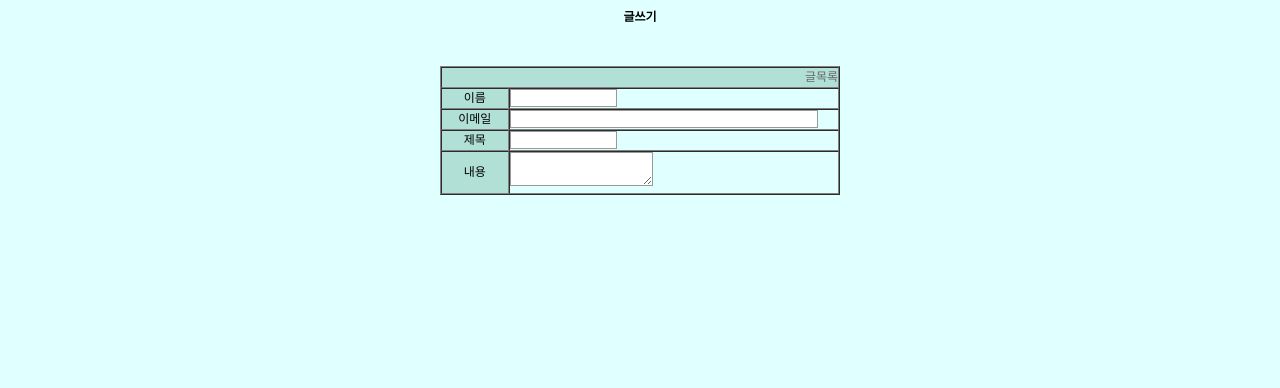
Repository: noopzzya/study_jsp_globalin
Page: http://localhost/ServletProject/boardone/writeform.jsp
These files come from the project's save history. The page is drawn as it stood at one moment and after the next save; the edit follows.
The browser window is 1280 px wide. The pictures show the whole page.
The page is served by Tomcat 9.

Above is the page before, as saved 2023-02-08 01:17:29.

After the next save:
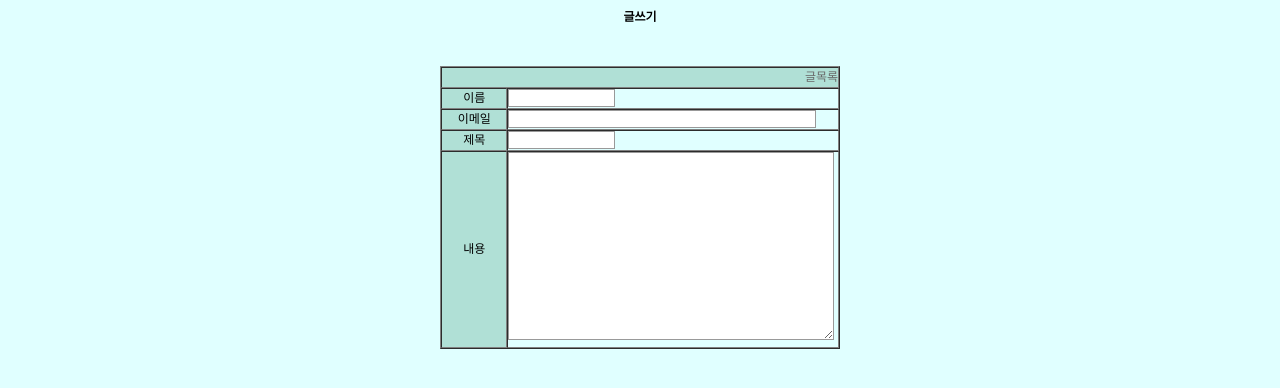
Saved 15 s later.
--- a/ServletProject/src/main/webapp/boardone/writeform.jsp
+++ b/ServletProject/src/main/webapp/boardone/writeform.jsp
@@ -46,7 +46,7 @@
 	<tr>
 		<td width="70" bgcolor="<%=value_c%>" align="center">내용</td>
 		<td width="330">
-			<textarea rows="" cols=""></textarea>
+			<textarea rows="13" cols="50" name="content"></textarea>
 		</td>
 	</tr>
 
